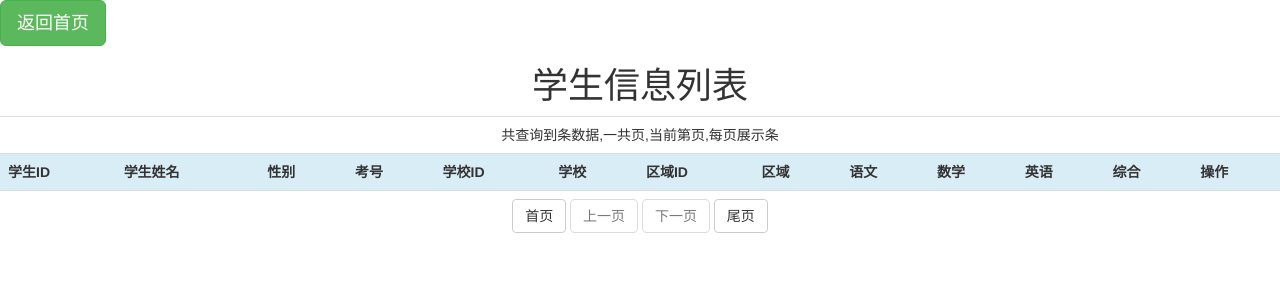
Repository: HelloChuang/HelloChuang-EclipseWorkSpace
Page: http://localhost/SpringMVCFight/showList.jsp
An editor plug-in stored every save of this project. The page is shown before and after the next save, followed by the edit.
The browser window is 1280 px wide. The pictures show the whole page.
The page is served by Tomcat 9. Nobody is signed in. The application's start-up code is not run. The template is opened directly, without the code that normally fills it, so the values that code supplies are empty.

Above is the page before, as saved 2018-11-05 11:33:14.

After the next save:
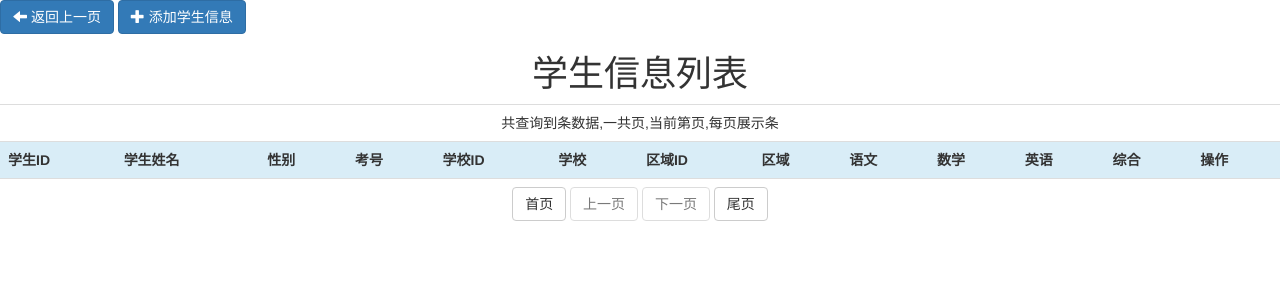
Saved 2 min 7 s later.
--- a/EclipseWorkSpace/SpringMVCFight/src/main/webapp/showList.jsp
+++ b/EclipseWorkSpace/SpringMVCFight/src/main/webapp/showList.jsp
@@ -20,11 +20,19 @@
 		window.location.href="${pageContext.request.contextPath}/deleteUser?id="+id;
 		}
 	}
+	function goIndex(){
+		window.location.href="${pageContext.request.contextPath}/index.jsp";
+	}
 </script>
 <title>展示页面</title>
 </head>
 <body>
-		 <a class="btn btn-success btn-lg" role="button" href="index.jsp">返回首页</a>
+		 <button type="button" class="btn btn-primary" onclick="goIndex();">
+		  		<span class="glyphicon glyphicon-arrow-left"></span> 返回上一页
+			</button>
+			<button type="button" class="btn btn-primary" onclick="goAdd();">
+		  		<span class="glyphicon glyphicon-plus"></span> 添加学生信息
+			</button>
 		 <h1 align="center">学生信息列表</h1>
 		<table class="table table-hover">
 			<tr align="center" class="action">
